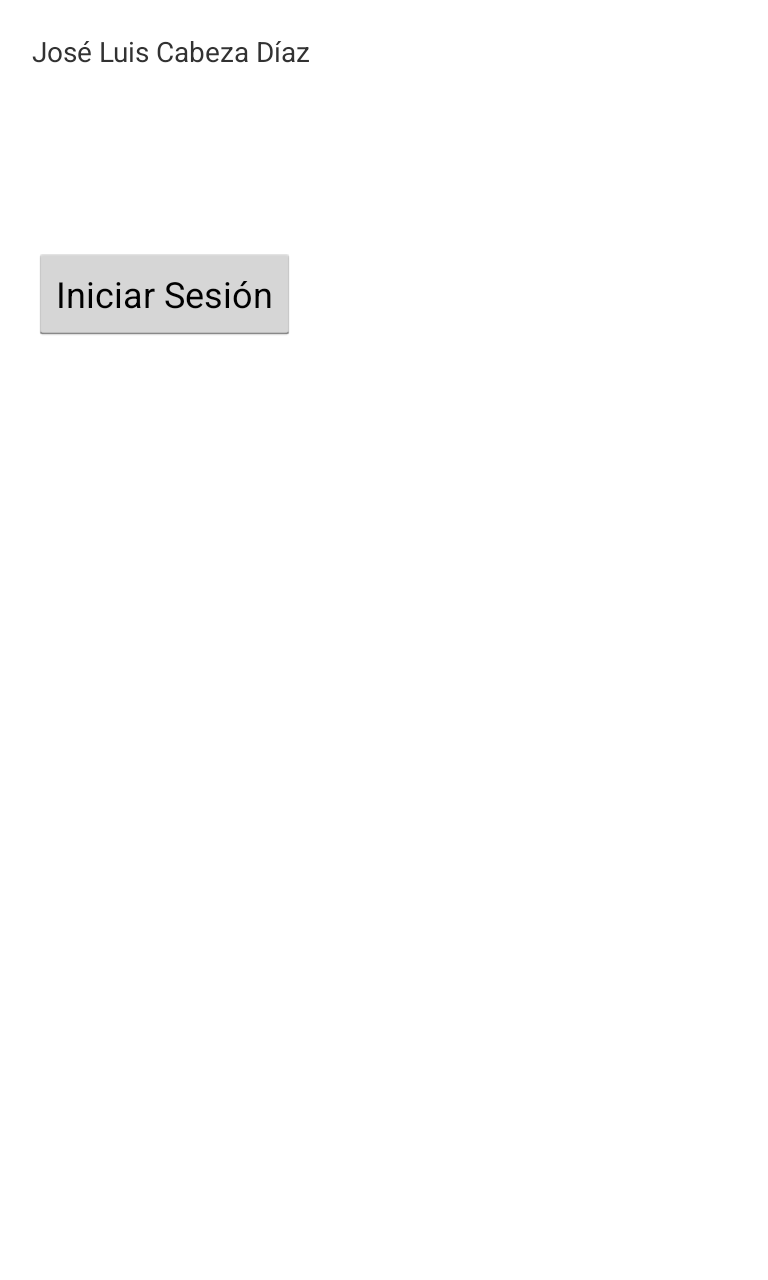
Repository: jlcd0004/sm_p11_practica1
Layout: Practica1/res/layout/activity_main.xml
The author's editor kept a copy of each file at every save. The layout is drawn from the files as they stood at one save, then again after the next save.
It is drawn on a 768 x 1280 px phone screen (xhdpi) without system bars, with theme AppTheme; the app's code is not run.

Above is the layout before, as saved 2015-10-02 15:58:51.

### Practica1/res/layout/activity_main.xml
<RelativeLayout xmlns:android="http://schemas.android.com/apk/res/android"
    xmlns:tools="http://schemas.android.com/tools"
    android:layout_width="match_parent"
    android:layout_height="match_parent"
    android:paddingBottom="@dimen/activity_vertical_margin"
    android:paddingLeft="@dimen/activity_horizontal_margin"
    android:paddingRight="@dimen/activity_horizontal_margin"
    android:paddingTop="@dimen/activity_vertical_margin"
    tools:context="com.practica1.MainActivity" >

    <TextView
        android:id="@+id/textView1"
        android:layout_width="wrap_content"
        android:layout_height="wrap_content"
        android:text="@string/presentacion" />

    <Button
        android:id="@+id/button1"
        android:layout_width="wrap_content"
        android:layout_height="wrap_content"
        android:layout_alignLeft="@+id/textView1"
        android:layout_below="@+id/textView1"
        android:layout_marginTop="88dp"
        android:text="Iniciar Sesión" />

</RelativeLayout>

### Practica1/res/values/strings.xml
<?xml version="1.0" encoding="utf-8"?>
<resources>

    <string name="app_name">Practica1</string>
    <string name="hello_world">Hello world!</string>
    <string name="action_settings">Settings</string>
<string name="presentacion">José Luis Cabeza Díaz</string>
     <string name="presentacion2">Servicios Móviles, Práctica 1</string>
</resources>

Loaded but not shown: Practica1/res/values/styles.xml (common file); Practica1/res/values-v11/styles.xml (common file); Practica1/res/values-v14/styles.xml (common file); Practica1/res/values/dimens.xml (common file); Practica1/res/values-w820dp/dimens.xml (common file)

After the next save:
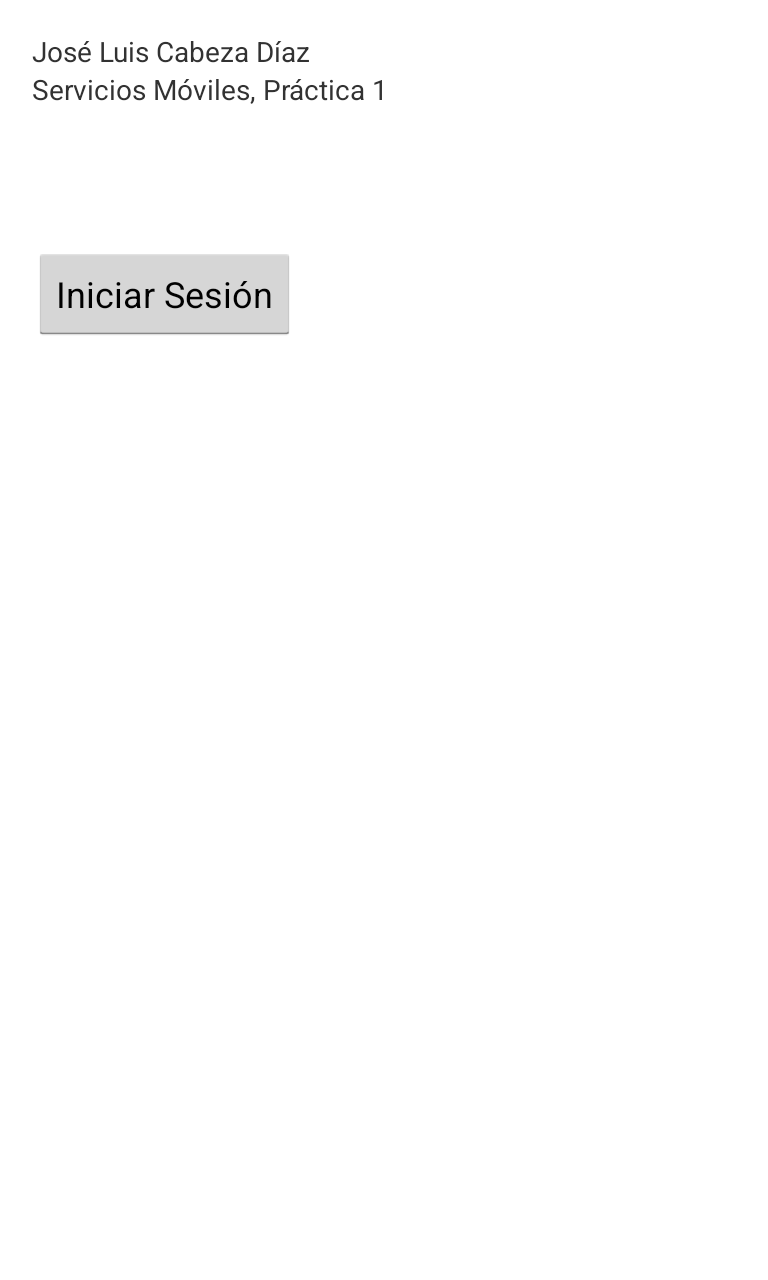
Saved 32 s later.
--- a/Practica1/res/layout/activity_main.xml
+++ b/Practica1/res/layout/activity_main.xml
@@ -23,4 +23,12 @@
         android:layout_marginTop="88dp"
         android:text="Iniciar Sesión" />
 
+    <TextView
+        android:id="@+id/textView2"
+        android:layout_width="wrap_content"
+        android:layout_height="wrap_content"
+        android:layout_alignLeft="@+id/textView1"
+        android:layout_below="@+id/textView1"
+        android:text="@string/presentacion2" />
+
 </RelativeLayout>
